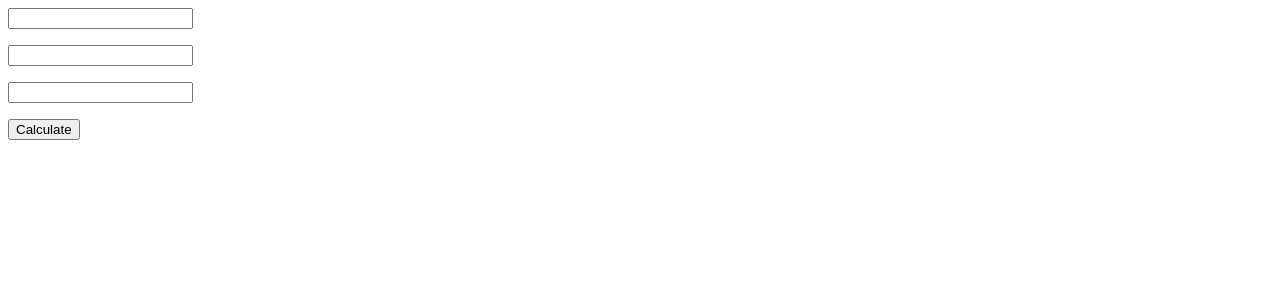
Repository: KhudanJeugene/StudyingInHillel
Page: Calculator/WebContent/Calc2.html
The author's editor kept a copy of each file at every save. The page is drawn from the files as they stood at one save, then again after the next save.
The browser window is 1280 px wide. The pictures show the whole page.

Above is the page before, as saved 2016-02-07 18:47:04.

### Calculator/WebContent/Calc2.html
<html>
	<head>
		<title>add two Number</title>
		<script>
		function add() {
			var a = parseInt(document.getElementById('a').value);
			var b = parseInt(document.getElementById('b').value);
			var c = a + b;
			document.getElementById('res').value = c;
		}
		</script>
	</head>
	<body>
		<form>
			<input id="a" type="text"><p>
			<input id="b" type="text"><p>
			<input id="res" type="text"><p>
			<input type="button" value="Calculate" onclick="add();"><br>
		</form>
	</body>
</html>

After the next save:
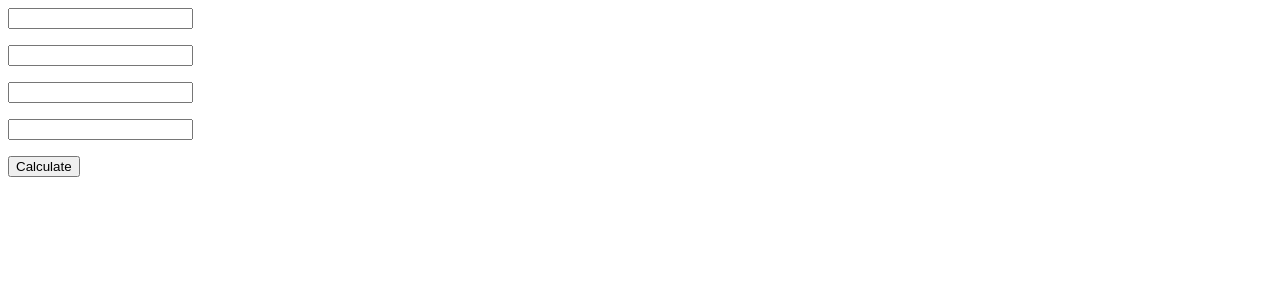
Saved 51 s later.
--- a/Calculator/WebContent/Calc2.html
+++ b/Calculator/WebContent/Calc2.html
@@ -13,6 +13,7 @@
 	<body>
 		<form>
 			<input id="a" type="text"><p>
+			<input id="s" type="text"><p>
 			<input id="b" type="text"><p>
 			<input id="res" type="text"><p>
 			<input type="button" value="Calculate" onclick="add();"><br>
